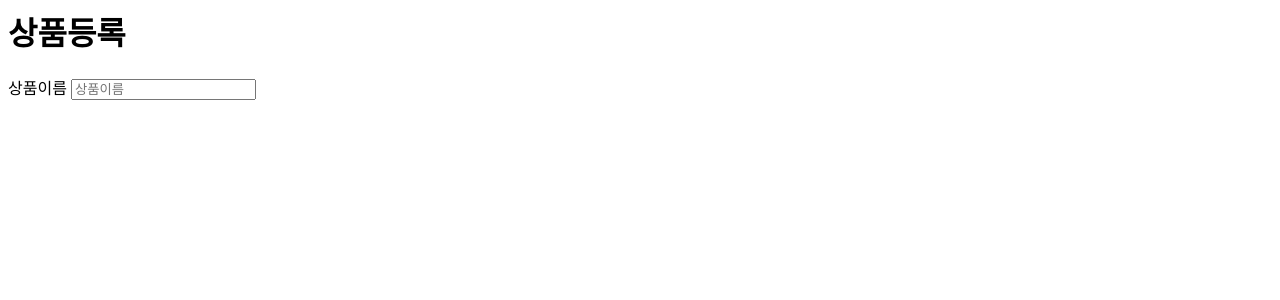
Repository: gwangso/web
Page: http://localhost/ex02/pro/insert.jsp
The author's editor kept a copy of each file at every save. The page is drawn from the files as they stood at one save, then again after the next save.
The browser window is 1280 px wide. The pictures show the whole page.
The page is served by Tomcat 9. Other server files are loaded and not shown.

Above is the page before, as saved 2023-07-25 02:21:16.

### ex02/src/main/webapp/pro/insert.jsp
<%@ page language="java" contentType="text/html; charset=UTF-8"
    pageEncoding="UTF-8"%>

<div class="row mb-5 justify-content-center">
	<div class="col-6">
		<h1>상품등록</h1>
		<form name="frm">
			<div class="input-group">
				<span class="input-group-text">상품이름</span>
				<input class="form-control" placeholder="상품이름">
			</div>
		</form>
	</div>
</div>

After the next save:
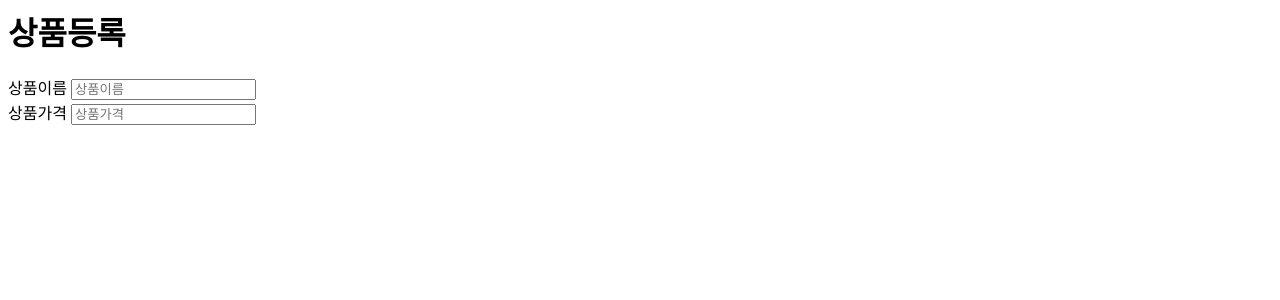
Saved 52 s later.
--- a/ex02/src/main/webapp/pro/insert.jsp
+++ b/ex02/src/main/webapp/pro/insert.jsp
@@ -5,9 +5,13 @@
 	<div class="col-6">
 		<h1>상품등록</h1>
 		<form name="frm">
-			<div class="input-group">
+			<div class="input-group my-3">
 				<span class="input-group-text">상품이름</span>
 				<input class="form-control" placeholder="상품이름">
+			</div>
+			<div class="input-group my-3">
+				<span class="input-group-text">상품가격</span>
+				<input class="form-control" placeholder="상품가격">
 			</div>
 		</form>
 	</div>
